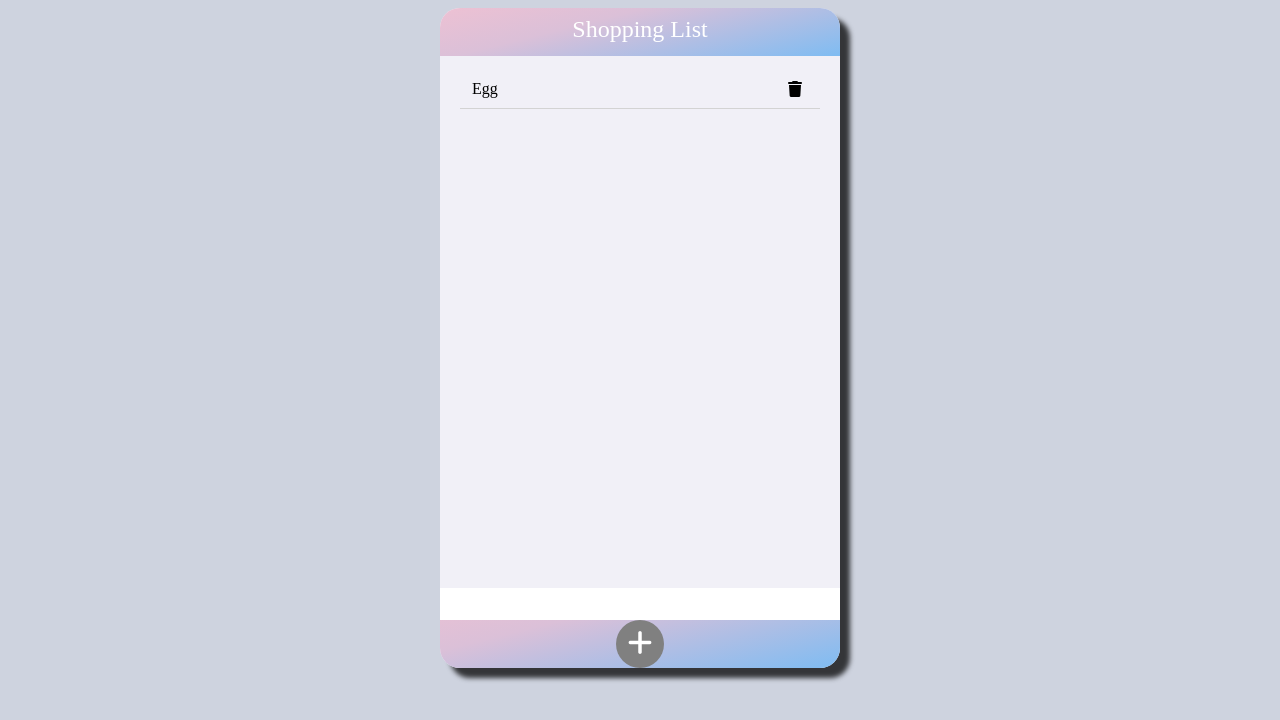
Repository: ggandory/browser101
Page: chapter5/index.html
An editor plug-in stored every save of this project. The page is shown before and after the next save, followed by the edit.
The browser window is 1280 px wide. The pictures show the whole page.
Some web libraries are served in a nearby version.

Above is the page before, as saved 2024-04-15 00:34:42.

After the next save:
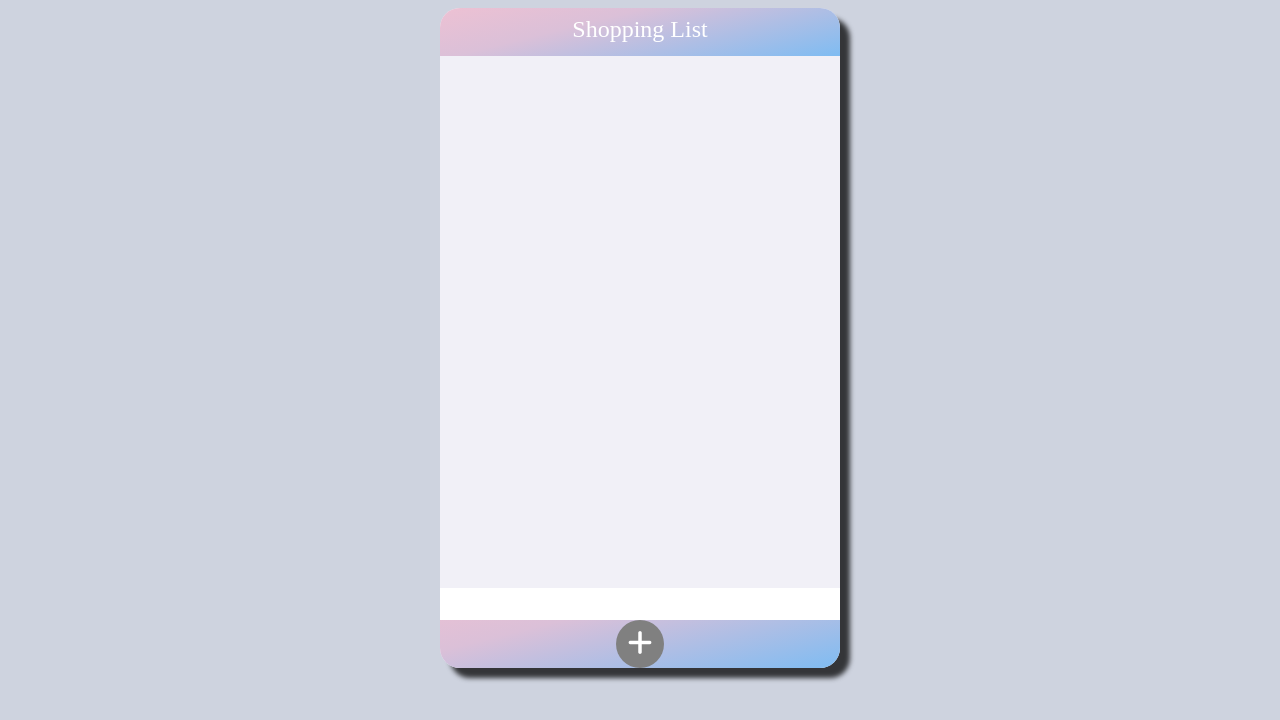
Saved 29 s later.
--- a/chapter5/index.html
+++ b/chapter5/index.html
@@ -14,17 +14,7 @@
   <body>
     <section class="list">
       <header class="header">Shopping List</header>
-      <ul class="items">
-        <li class="item_row">
-          <div class="item">
-            <span class="item_name">Egg</span>
-            <button class="item_delete">
-              <i class="fa-solid fa-trash"></i>
-            </button>
-          </div>
-          <div class="item_divider"></div>
-        </li>
-      </ul>
+      <ul class="items"></ul>
       <footer class="footer">
         <input type="text" class="footer_input" />
         <button class="footer_button">
